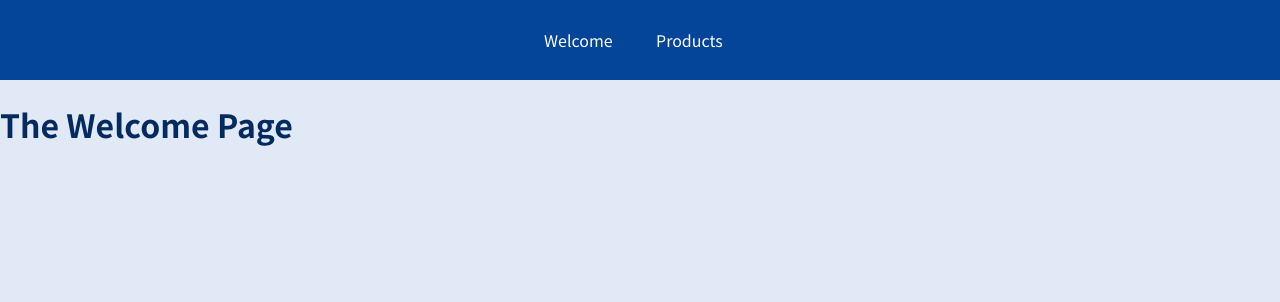
Repository: wenxi0504/13-ReactRouter
Page: /products
An editor plug-in stored every save of this project. The page is shown before and after the next save, followed by the edit.
The browser window is 1280 px wide. The pictures show the whole page.
The project was rebuilt for these pictures with package versions that can differ from the ones it lists, and the page was loaded fresh each time. Also part of the build but not shown: src/pages/Welcome.js.

Above is the page before, as saved 2022-07-24 22:50:34.

After the next save:
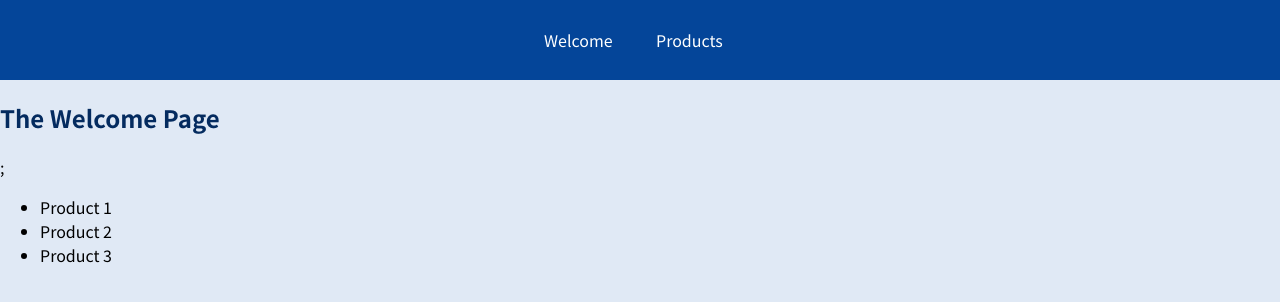
Saved 4 min 20 s later.
--- a/src/pages/Products.js
+++ b/src/pages/Products.js
@@ -1,5 +1,14 @@
 const Products = () => {
-  return <h1>The Welcome Page</h1>;
+  return (
+    <section>
+      <h1>The Welcome Page</h1>;
+      <ul>
+        <li>Product 1</li>
+        <li>Product 2</li>
+        <li>Product 3</li>
+      </ul>
+    </section>
+  );
 };
 
 export default Products;
